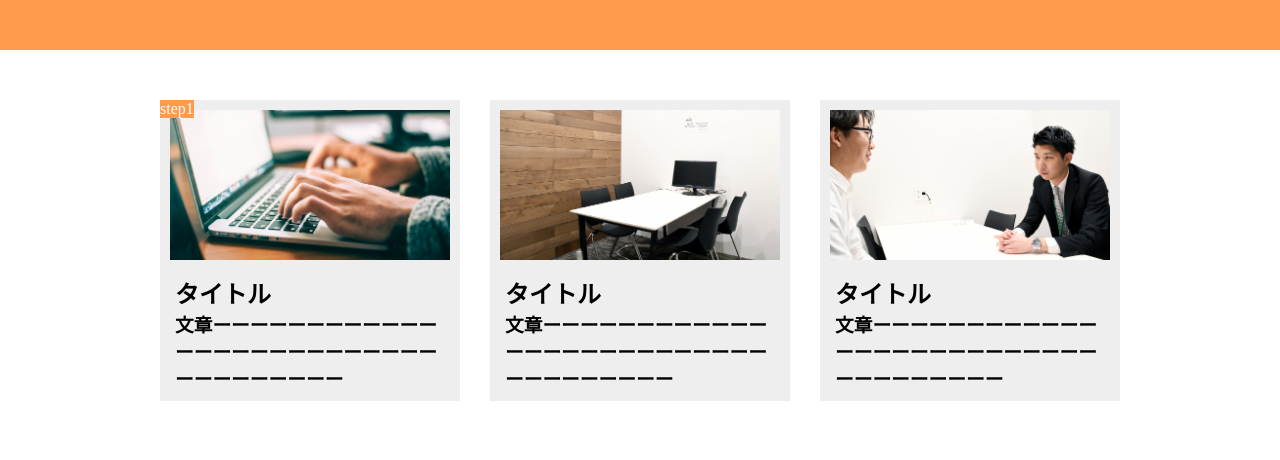
Repository: yuu3176/theme1
Page: 1-9-2/1-9-2.html
The author's editor kept a record of every edit. The page is drawn from the files as they stood at one moment, then again after the next edit.
The browser window is 1280 px wide. The pictures show the whole page.

Above is the page before.

### 1-9-2/1-9-2.html
<!DOCTYPE html>
<html lang="ja">
  <head>
    <meta charset="utf-8">
    <link rel="stylesheet" href="1-9-2.css">
    <title>1-9-2</title>
  </head>

  <body>
    <header></header>
    <main>
      <div class="box">
        <div class="box-step">
          <p>step1</p>
        </div>
        <div class="box-image1"></div>
        <section class="box-text">
          <h2>タイトル</h2>
          <h3>文章ーーーーーーーーーーーーーーーーーーーーーーーーーーーーーーーーーーー</h3>
        </section>
      </div>
      <div class="box">

        <div class="box-image2"></div>
        <section class="box-text">
          <h2>タイトル</h2>
          <h3>文章ーーーーーーーーーーーーーーーーーーーーーーーーーーーーーーーーーーー</h3>
        </section>
      </div>
      <div class="box">

        <div class="box-image3"></div>
        <section class="box-text">
          <h2>タイトル</h2>
          <h3>文章ーーーーーーーーーーーーーーーーーーーーーーーーーーーーーーーーーーー</h3>
        </section>
      </div>
    </main>
  </body>
</html>

### 1-9-2/1-9-2.css
*{
  margin: 0;
  padding: 0;
  box-sizing: border-box;
}

header{
  height: 50px;
  background-color: #ff9a4b;
}

main{
  width: 960px;
  margin: 50px auto;
  display: flex;
}

.box{
  width: 300px;
  margin-right: 30px;
  padding: 10px;
  position: relative;
  background-color: #eeeeee;
}

.box:last-child{
  margin-right: 0;
}

.box-step{
  position: absolute;
  top: 0;
  left: 0;
  background-color: #ff9a4b;
  color: #fff;
}

.box-image1{
  height: 150px;
  background-image: url(img/flow01.png);
  background-position: bottom;
  background-size: cover;
}

.box-image2{
  height: 150px;
  background-image: url(img/flow02.png);
  background-position: bottom;
  background-size: cover;
}

.box-image3{
  height: 150px;
  background-image: url(img/flow03.png);
  background-position: bottom;
  background-size: cover;
}

.box-text{
  margin: 15px 0 0 5px;
}

footer{
  height: 50px;
  background-color: #aaaaaa;
}

@media screen and (max-width:768px){
  header{
    width: 100%;
  }

  main{
    width: 100%;
    margin: 50px auto;
    display: block;
  }

  .box{
    width: 90%;
    margin-bottom: 20px;
    margin-left: 5%;
    margin-right: 5%;
  }

  .box:last-child{
    margin-bottom: 0;
  }

  .box-image1 .box-image2 .box-image3{
    height: 150px;
  }

  footer{
    width: 100%;
  }
}

After the next edit:
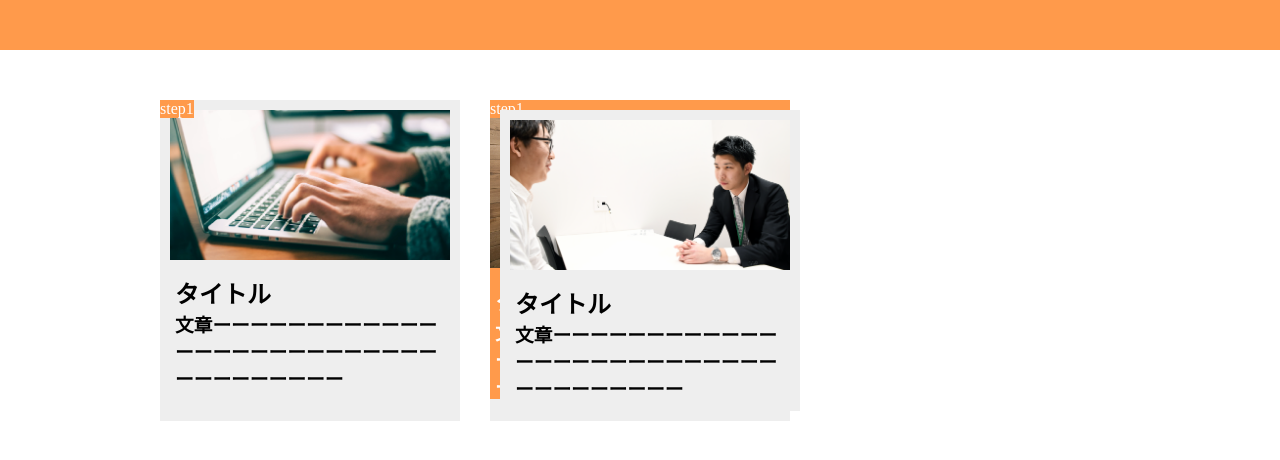
The edit:
--- a/1-9-2/1-9-2.html
+++ b/1-9-2/1-9-2.html
@@ -20,7 +20,8 @@
         </section>
       </div>
       <div class="box">
-
+        <div class="box-step">
+          <p>step1</p>
         <div class="box-image2"></div>
         <section class="box-text">
           <h2>タイトル</h2>
